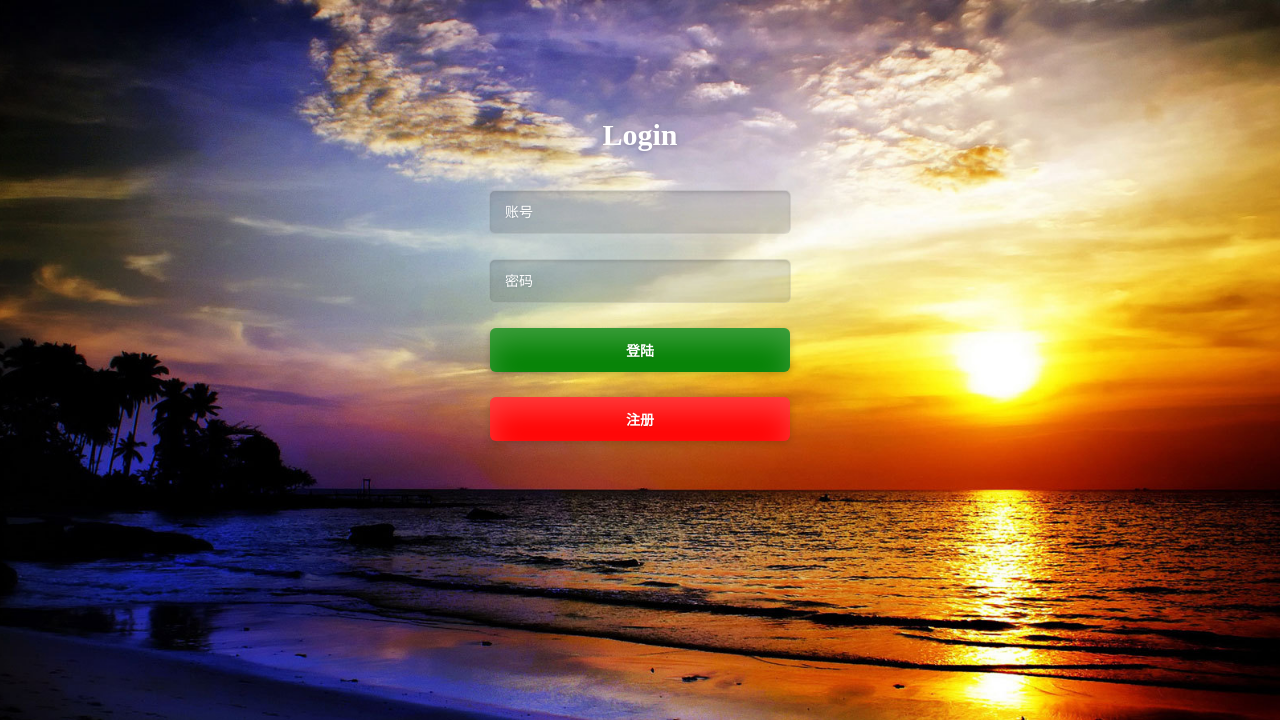
Repository: SUT-GC/myblog
Page: http://localhost/myblog/jsp/login/login.jsp
These files come from the project's save history. The page is drawn as it stood at one moment and after the next save; the edit follows.
The browser window is 1280 px wide. The pictures show the whole page.
Some web libraries are served in a nearby version. The page is served by Tomcat 9.

Above is the page before, as saved 2015-10-02 01:56:10.
Console error: SyntaxError: Unexpected token ';'

After the next save:
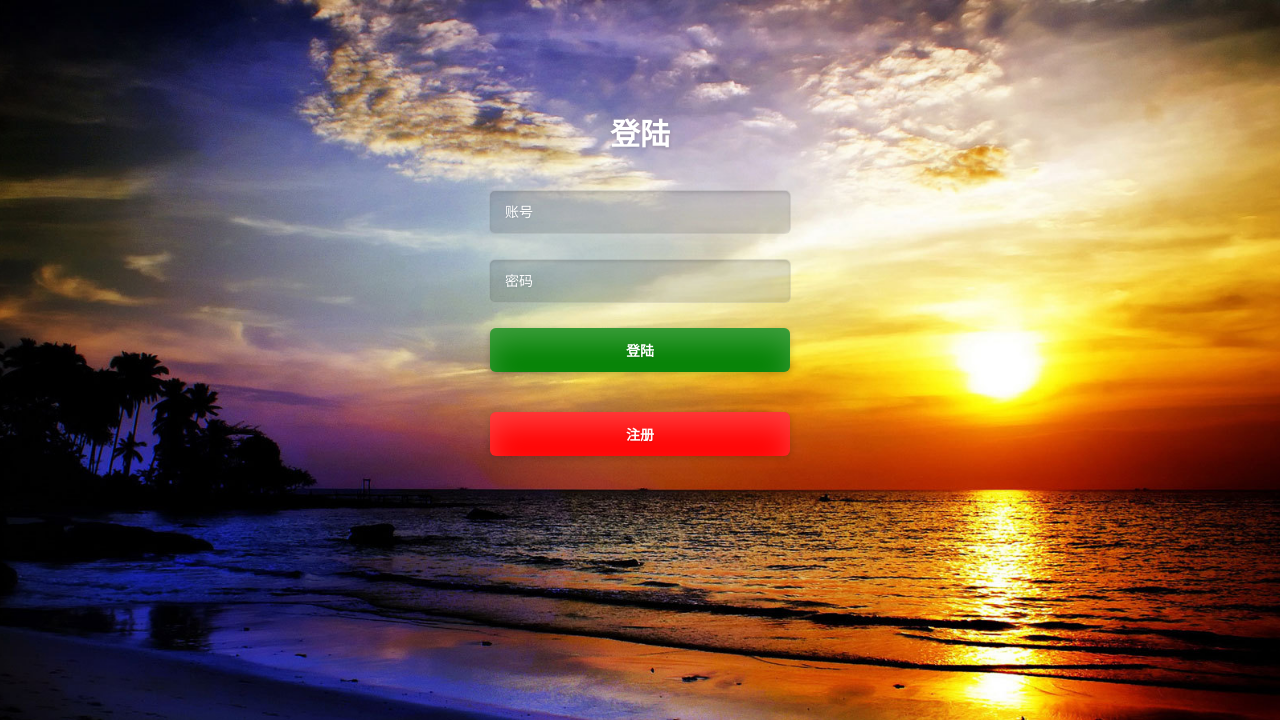
Saved 2 min 31 s later.
--- a/javaee_workspace/myblog/WebContent/jsp/login/login.jsp
+++ b/javaee_workspace/myblog/WebContent/jsp/login/login.jsp
@@ -32,23 +32,24 @@
 			}
 		%>
 		<!-- java end -->
-        <div class="page-container">
-            <h1>Login</h1>
-            <form action="#" method="post">
+        	<div class="page-container">
+            <h1>登陆</h1>
+            <form action="" method="post">
 				<div>
 					<input type="text" name="username" class="username" placeholder="账号" autocomplete="off"/>
 				</div>
                 <div>
 					<input type="password" name="password" class="password" placeholder="密码" oncontextmenu="return false" onpaste="return false" />
                 </div>
-
                 <button id="submit" type="button">登陆</button>
 
+            </form>
+            <form action="../registered/registered.html" method="post">
             	<button id="register" type="button" onclick="toRegister()">注册</button>
             </form>
             <div class="connect">
-                <p>You cannot improve your past, but you can improve your future. </p>
-				<p style="margin-top:20px;">你不能改变你的过去，但你可以让你的未来变得更美好。</p>
+                <p>If we can only encounter each other rather than stay with each other,then I wish we had never encountered.</p>
+				<p style="margin-top:20px;">如果只是遇见，不能停留，不如不遇见。</p>
             </div>
         </div>
 		<div class="alert" style="display:none">

After the save that followed:
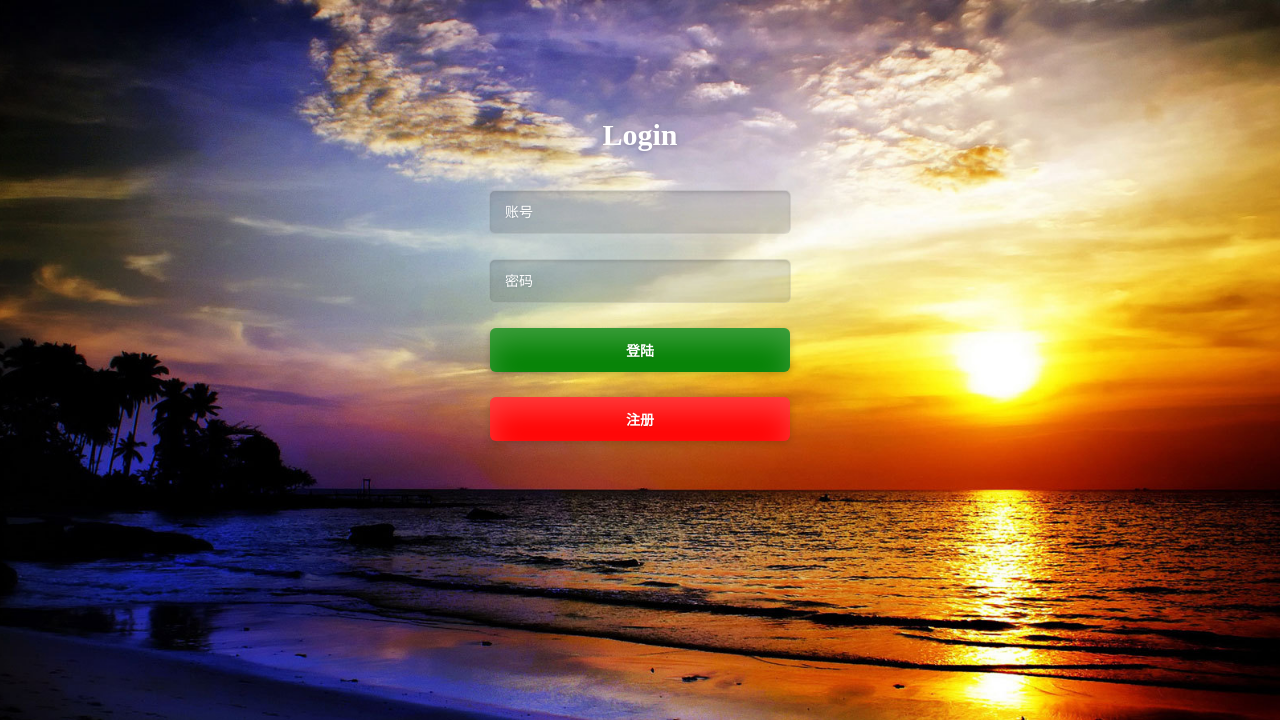
Saved 13 s later.
--- a/javaee_workspace/myblog/WebContent/jsp/login/login.jsp
+++ b/javaee_workspace/myblog/WebContent/jsp/login/login.jsp
@@ -33,23 +33,22 @@
 		%>
 		<!-- java end -->
         	<div class="page-container">
-            <h1>登陆</h1>
-            <form action="" method="post">
+            <h1>Login</h1>
+            <form action="#" method="post">
 				<div>
 					<input type="text" name="username" class="username" placeholder="账号" autocomplete="off"/>
 				</div>
                 <div>
 					<input type="password" name="password" class="password" placeholder="密码" oncontextmenu="return false" onpaste="return false" />
                 </div>
+
                 <button id="submit" type="button">登陆</button>
 
-            </form>
-            <form action="../registered/registered.html" method="post">
             	<button id="register" type="button" onclick="toRegister()">注册</button>
             </form>
             <div class="connect">
-                <p>If we can only encounter each other rather than stay with each other,then I wish we had never encountered.</p>
-				<p style="margin-top:20px;">如果只是遇见，不能停留，不如不遇见。</p>
+                <p>You cannot improve your past, but you can improve your future. </p>
+				<p style="margin-top:20px;">你不能改变你的过去，但你可以让你的未来变得更美好。</p>
             </div>
         </div>
 		<div class="alert" style="display:none">
